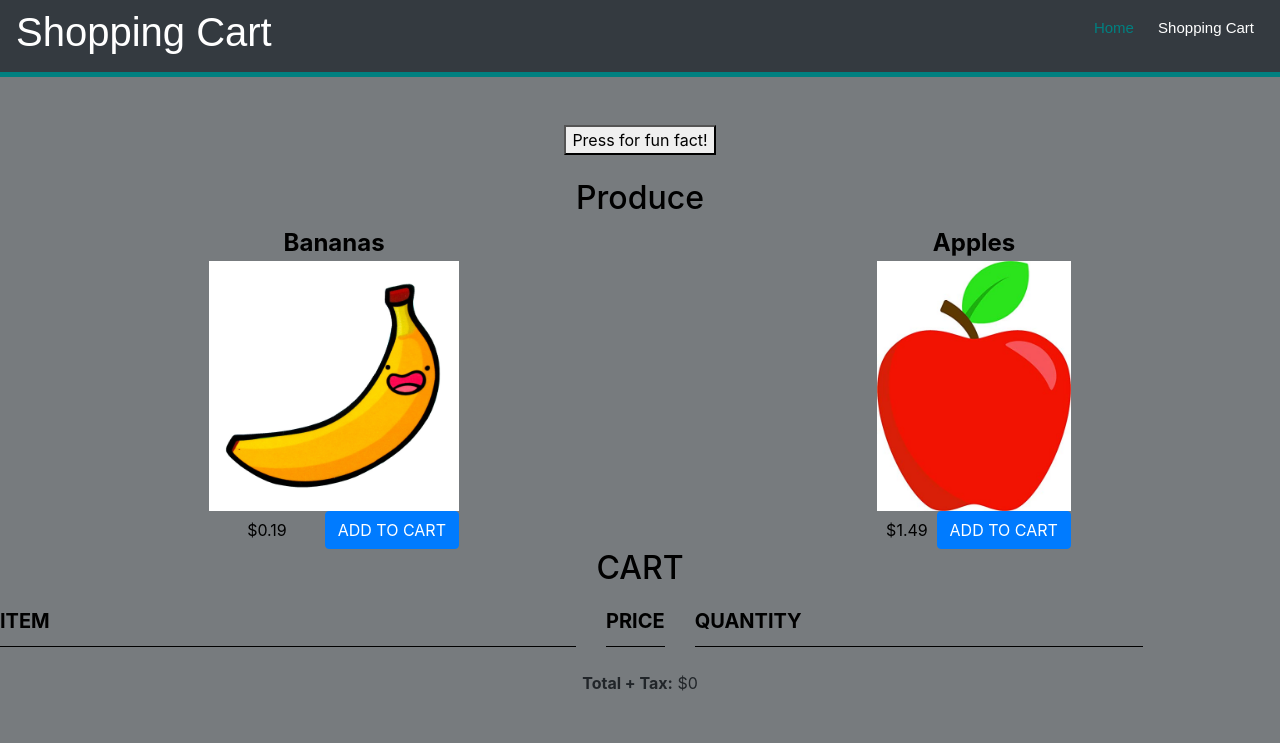
Repository: ElijahHallera/336-Internet-Prog
Page: cst336_s2020Assignment2-master/cst336_s2020Assignment2-master/shoppingcart.html
The author's editor kept a record of every edit. The page is drawn from the files as they stood at one moment, then again after the next edit.
The browser window is 1280 px wide. The pictures show the whole page.

Above is the page before.

After the next edit:
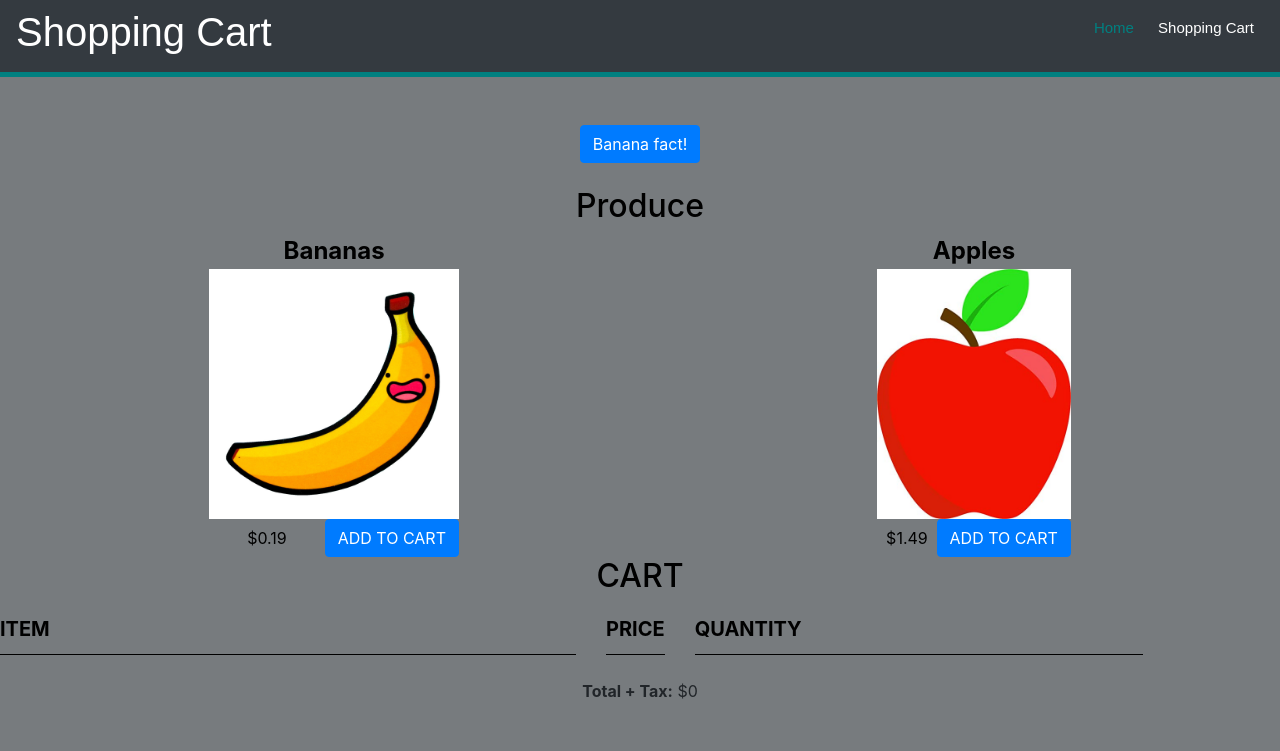
The edit:
--- a/cst336_s2020Assignment2-master/cst336_s2020Assignment2-master/shoppingcart.html
+++ b/cst336_s2020Assignment2-master/cst336_s2020Assignment2-master/shoppingcart.html
@@ -28,7 +28,7 @@
 		</br>
 
         <section>
-            <button id = "fun-fact"> Press for fun fact! </button>
+            <button id = "fun-fact" class = "btn btn-primary"> Banana fact! </button>
 		    </br>
 		    </br>
             <h2>Produce</h2>
